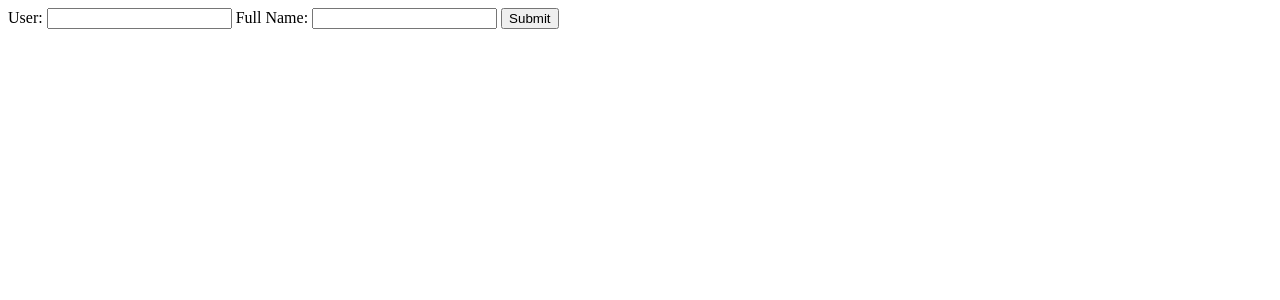
Repository: kjng/java-playground
Page: youtube/java/SimpleServletProject/WebContent/SimpleForm.html
An editor plug-in stored every save of this project. The page is shown before and after the next save, followed by the edit.
The browser window is 1280 px wide. The pictures show the whole page.

Above is the page before, as saved 2017-08-04 13:42:15.

After the next save:
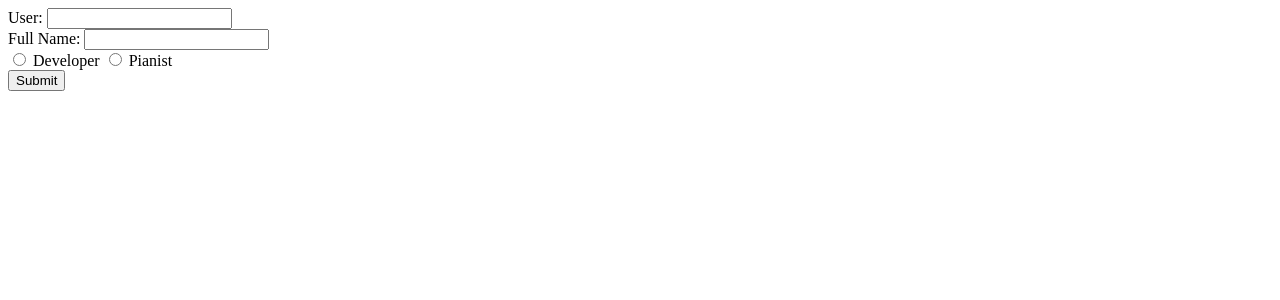
Saved 4 min 11 s later.
--- a/youtube/java/SimpleServletProject/WebContent/SimpleForm.html
+++ b/youtube/java/SimpleServletProject/WebContent/SimpleForm.html
@@ -9,9 +9,13 @@
 	<form method="post" action="xmlServletPath">
 		<label>User:</label>
 		<input name="user" />
-
+		<br />
 		<label>Full Name:</label>
 		<input name="fullName" />
+		<br />
+		<input type="radio" name="profession" value="Developer"> Developer
+		<input type="radio" name="profession" value="Pianist"> Pianist
+		<br />
 		<input type="submit" />
 	</form>
 
